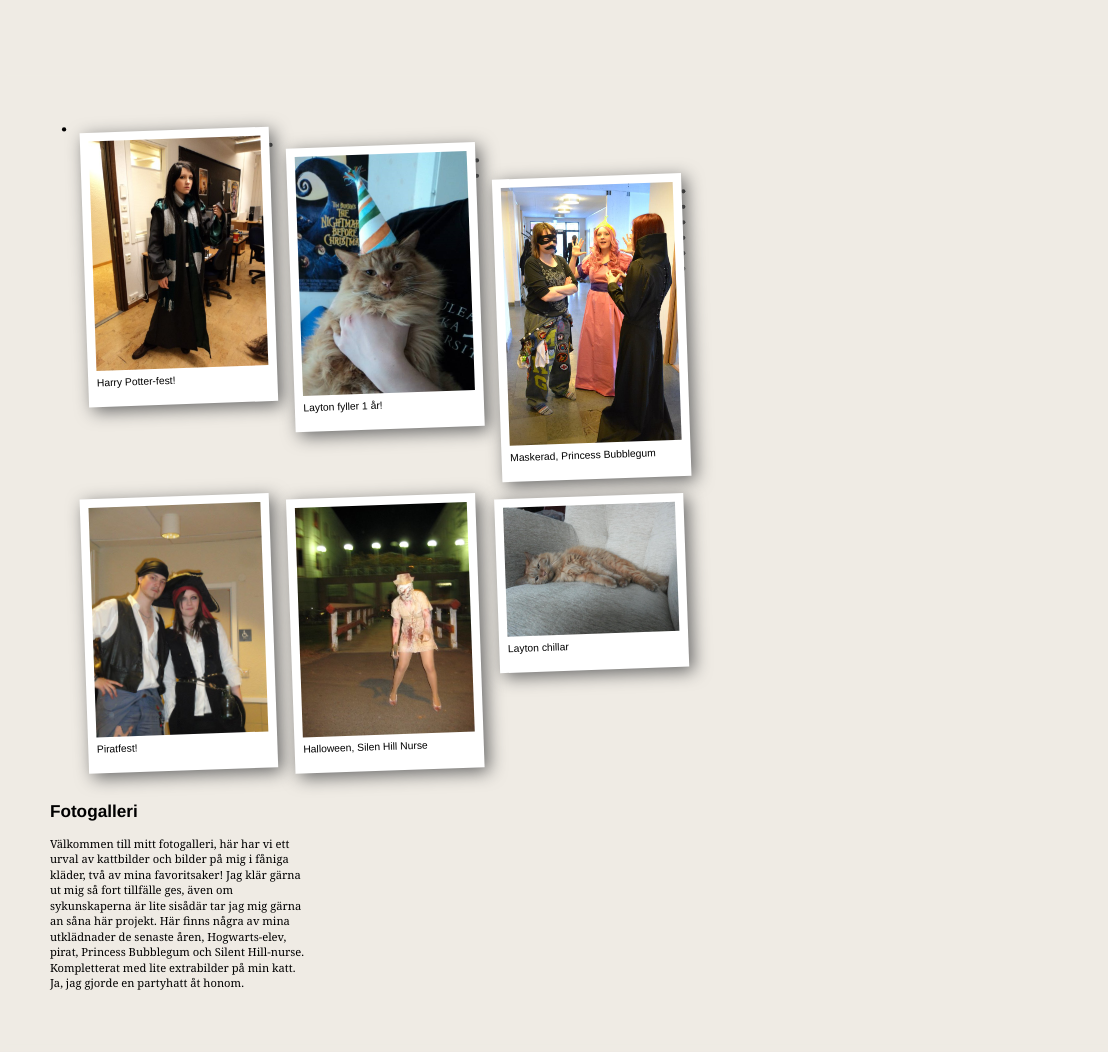
Repository: ma223md/1ik415
Page: gallery/gallery.html
The author's editor kept a record of every edit. The page is drawn from the files as they stood at one moment, then again after the next edit.
The browser window is 1280 px wide. The page is 1288 px wide, so the pictures cover 1288 px, including what lies to the right of the window. The pictures show the whole page, at 86% of full size.

Above is the page before.

After the next edit:
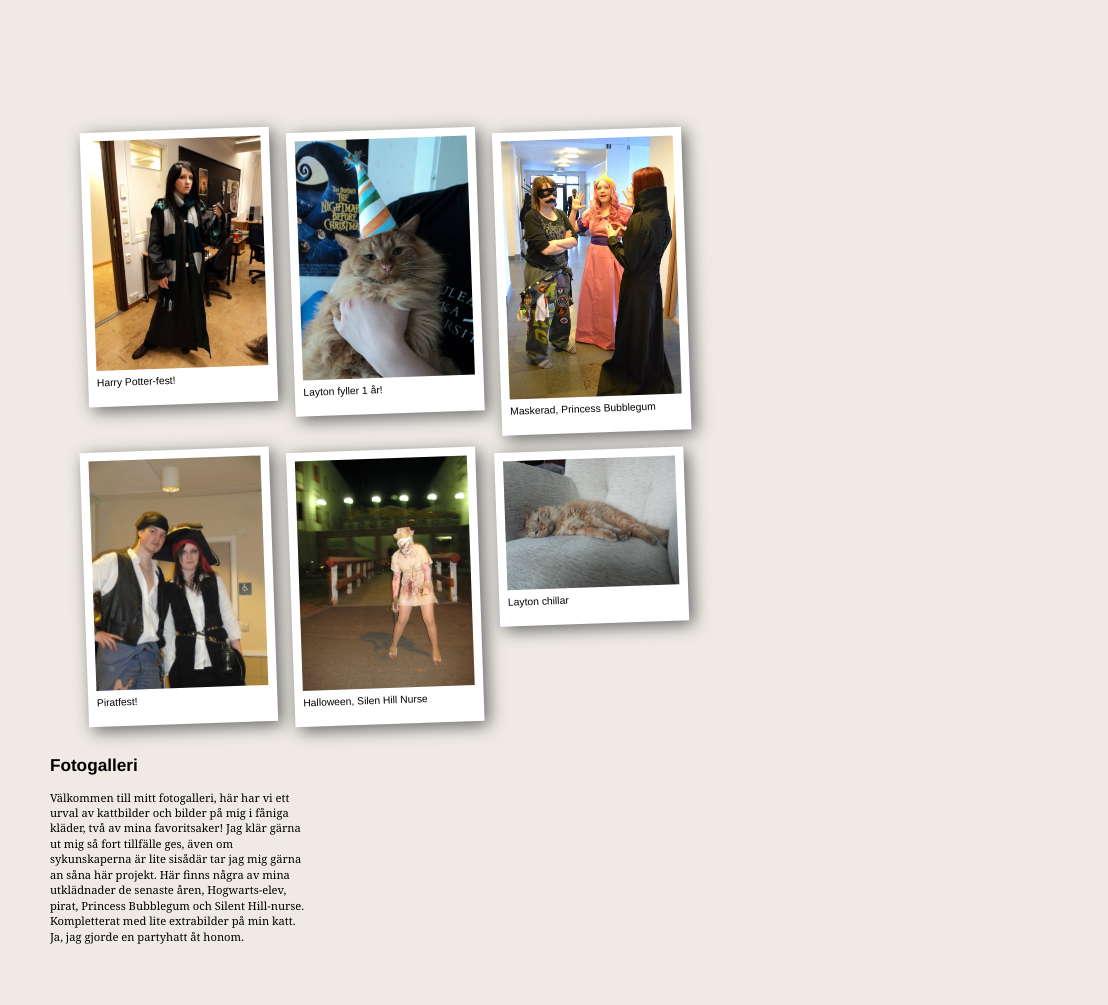
The edit:
--- a/gallery/gallery.html
+++ b/gallery/gallery.html
@@ -14,12 +14,12 @@
         <main>
             <section class="gallery">
                 <ul>
-                    <li><a href="gallerypics/HP.jpg" title="Harry Potter-fest!"> <img src="gallerypics/HP.jpg" alt="Jag i svart hår, Slytherin-klädnad och halsduk"></a></li>
-                    <li><a href="gallerypics/layton1.jpg" title="Layton fyller 1 år!"> <img src="gallerypics/layton1.jpg" alt="Orange katt med partyhatt"></a><li>
-                    <li><a href="gallerypics/princessbubblegum.jpg" title="Maskerad, Princess Bubblegum"> <img src="gallerypics/princessbubblegum.jpg" alt="Tre personer, en med lång rosa peruk, rosa långklänning och prinsesskrona"></a>
-                    <li><a href="gallerypics/pirate.jpg" title="Piratfest!"> <img src="gallerypics/pirate.jpg" alt="Två personer i piratkläder"></a><li>
-                    <li><a href="gallerypics/silenthill.jpg" title="Halloween, Silen Hill Nurse"> <img src="gallerypics/silenthill.jpg" alt="Kvinna i blodiga sjuksköterskekläder och bandage runt huvudet"></a><li>
-                    <li><a href="gallerypics/layton2.jpg" title="Layton chillar"> <img src="gallerypics/layton2.jpg" alt="Orange katt liggandes i fåtölj"></a><li>
+                    <a href="gallerypics/HP.jpg" title="Harry Potter-fest!"> <img src="gallerypics/HP.jpg" alt="Jag i svart hår, Slytherin-klädnad och halsduk"></a></li>
+                    <a href="gallerypics/layton1.jpg" title="Layton fyller 1 år!"> <img src="gallerypics/layton1.jpg" alt="Orange katt med partyhatt"></a></li>
+                    <a href="gallerypics/princessbubblegum.jpg" title="Maskerad, Princess Bubblegum"> <img src="gallerypics/princessbubblegum.jpg" alt="Tre personer, en med lång rosa peruk, rosa långklänning och prinsesskrona"></a></li>
+                    <a href="gallerypics/pirate.jpg" title="Piratfest!"> <img src="gallerypics/pirate.jpg" alt="Två personer i piratkläder"></a></li>
+                    <a href="gallerypics/silenthill.jpg" title="Halloween, Silen Hill Nurse"> <img src="gallerypics/silenthill.jpg" alt="Kvinna i blodiga sjuksköterskekläder och bandage runt huvudet"></a></li>
+                    <a href="gallerypics/layton2.jpg" title="Layton chillar"> <img src="gallerypics/layton2.jpg" alt="Orange katt liggandes i fåtölj"></a></li>
                 </ul>
             </section>
             <aside class="galleryinfo">
